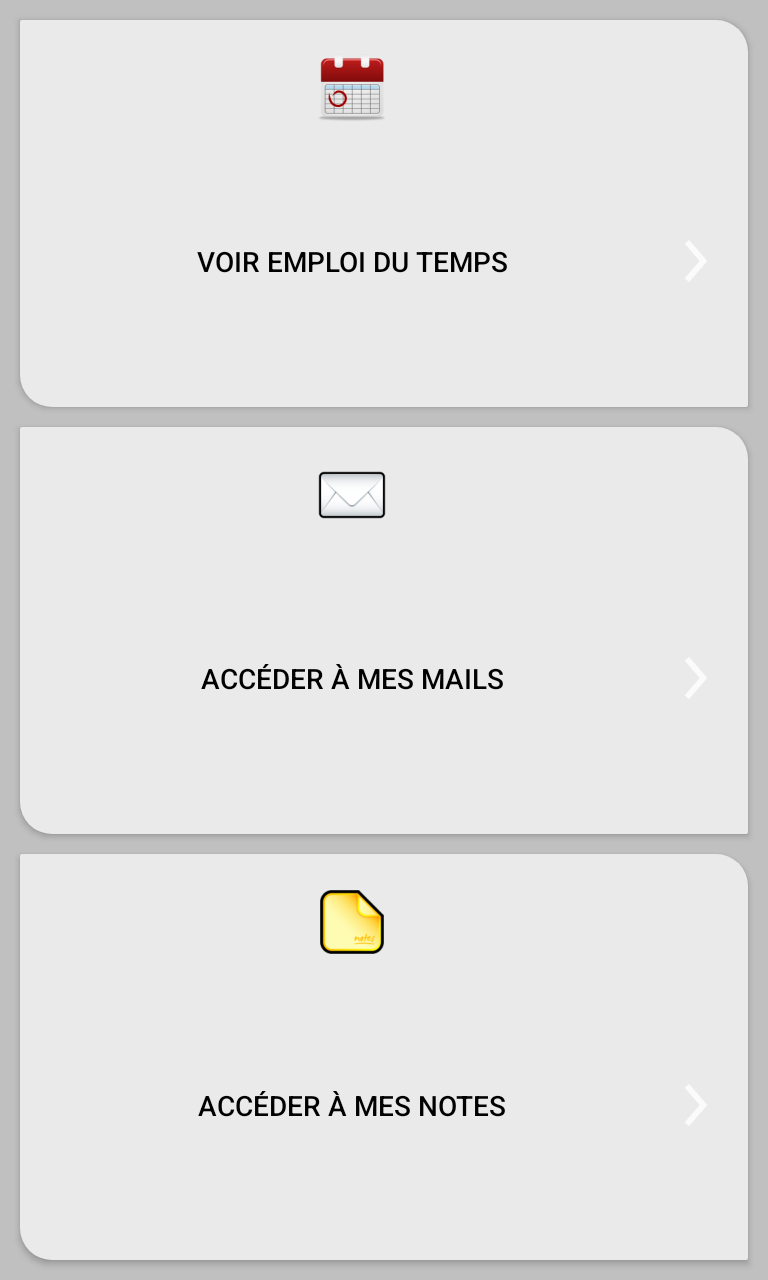
Repository: cpluuuusplus/WhoWantsKitKat
Layout: AppliPlus/res/layout/activity_menu_pamplemousse.xml
An editor plug-in stored every save of this project. The layout is shown before and after the next save, followed by the edit.
It is drawn on a 768 x 1280 px phone screen (xhdpi) without system bars, with theme Theme.AppCompat.Light; the app's code is not run.

Above is the layout before, as saved 2014-05-12 16:42:12.

### AppliPlus/res/layout/activity_menu_pamplemousse.xml
<?xml version="1.0" encoding="utf-8"?>
<LinearLayout xmlns:android="http://schemas.android.com/apk/res/android"
    android:layout_width="match_parent"
    android:layout_height="match_parent"
    android:background="@color/silver"
    android:orientation="vertical" >

    <Button
        android:id="@+id/pampViewer"
        android:layout_width="match_parent"
        android:layout_height="fill_parent"
        android:layout_margin="10dp"
        android:layout_weight="1"
        android:background="@drawable/button_shape"
        android:drawableRight="@drawable/ic_action_next_item"
        android:drawableTop="@drawable/calendar"
        android:onClick="onClickPampViewer"
        android:text="Voir emploi du temps"
        android:textColor="@color/black_color" />

    <Button
        android:id="@+id/mails"
        android:layout_width="match_parent"
        android:layout_height="fill_parent"
        android:layout_marginBottom="10dp"
        android:layout_marginLeft="10dp"
        android:layout_marginRight="10dp"
        android:layout_weight="1"
        android:background="@drawable/button_shape"
        android:drawableRight="@drawable/ic_action_next_item"
        android:drawableTop="@drawable/mail"
        android:onClick="onClickMail"
        android:text="Accéder à mes mails"
        android:textColor="@color/black_color" />

    <Button
        android:id="@+id/notes"
        android:layout_width="match_parent"
        android:layout_height="fill_parent"
        android:layout_marginBottom="10dp"
        android:layout_marginLeft="10dp"
        android:layout_marginRight="10dp"
        android:layout_weight="1"
        android:background="@drawable/button_shape"
        android:drawableRight="@drawable/ic_action_next_item"
        android:drawableTop="@drawable/marks"
        android:onClick="onClickNotes"
        android:text="Accéder à mes notes"
        android:textColor="@color/black_color" />

</LinearLayout>

### AppliPlus/res/values/colors.xml
<?xml version="1.0" encoding="utf-8"?>
<resources>

    <color name="black_color">#000</color>
    <color name="white">#FFFFFF</color>
    <color name="yellow">#FFFF00</color>
    <color name="fuchsia">#FF00FF</color>
    <color name="red">#FF0000</color>
    <color name="silver">#C0C0C0</color>
    <color name="gray">#808080</color>
    <color name="olive">#808000</color>
    <color name="purple">#800080</color>
    <color name="maroon">#800000</color>
    <color name="aqua">#00FFFF</color>
    <color name="lime">#00FF00</color>
    <color name="teal">#008080</color>
    <color name="green">#008000</color>
    <color name="blue">#0000FF</color>
      <color name="darkslategray">#2F4F4F</color>
    <color name="navy">#000080</color>
    <color name="orange">#ff5500</color>
    <color name="transparent">#00000000</color>
    <color name="date_color">#999999</color>
    <color name="gold">#e6b121</color>
    <color name="blueback">#99FFFF</color>
    <color name="articlecolor">#3399FF</color>
    <color name="article_title">#3399FF</color>
    <color name="cachecolor">#8ad0e8</color>

</resources>

### AppliPlus/res/drawable-hdpi/button_shape.xml
<?xml version="1.0" encoding="utf-8"?>
<shape xmlns:android="http://schemas.android.com/apk/res/android"
    android:shape="rectangle" >

    <solid android:color="#EAEAEA" />

    <corners
        android:bottomLeftRadius="16dip"
        android:bottomRightRadius="1dip"
        android:topLeftRadius="1dip"
        android:topRightRadius="16dip" />

    <padding
        android:bottom="10dp"
        android:left="10dp"
        android:right="10dp"
        android:top="10dp" />

</shape>

After the next save:
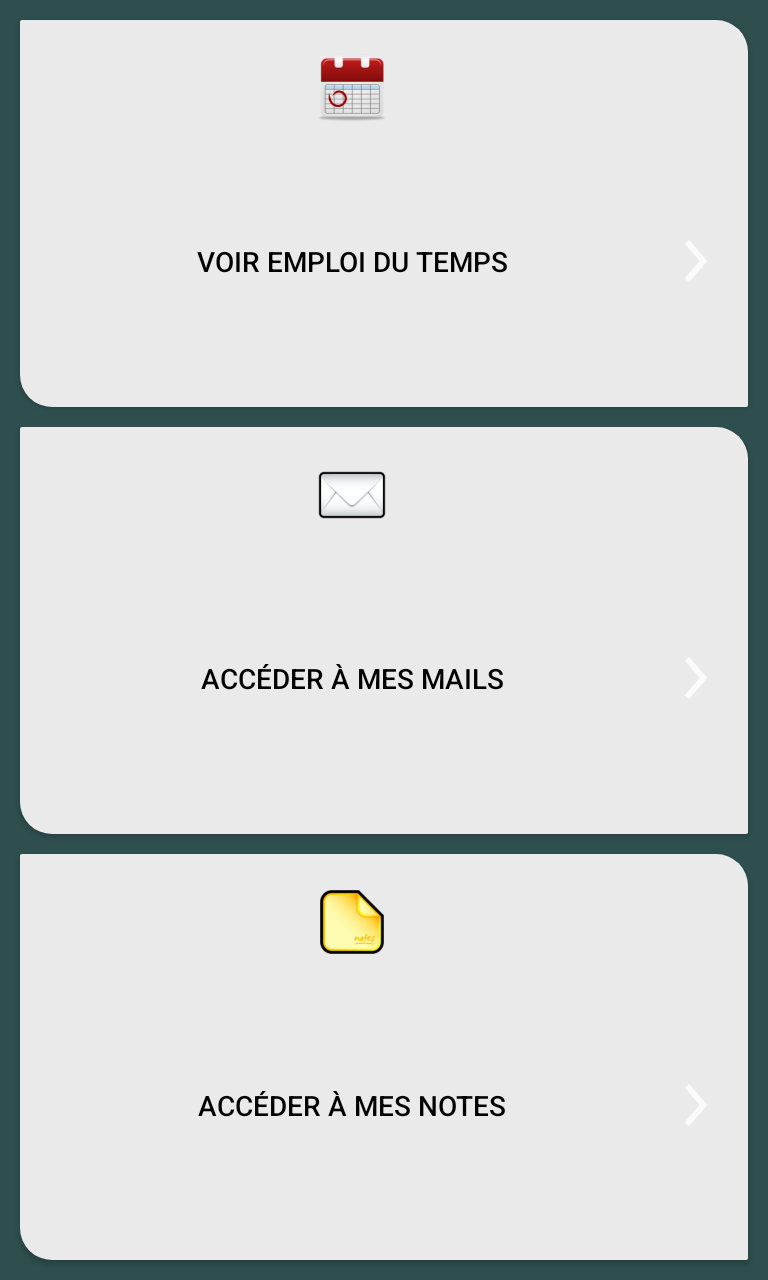
Saved 28 s later.
--- a/AppliPlus/res/layout/activity_menu_pamplemousse.xml
+++ b/AppliPlus/res/layout/activity_menu_pamplemousse.xml
@@ -2,7 +2,7 @@
 <LinearLayout xmlns:android="http://schemas.android.com/apk/res/android"
     android:layout_width="match_parent"
     android:layout_height="match_parent"
-    android:background="@color/silver"
+    android:background="@color/darkslategray"
     android:orientation="vertical" >
 
     <Button
